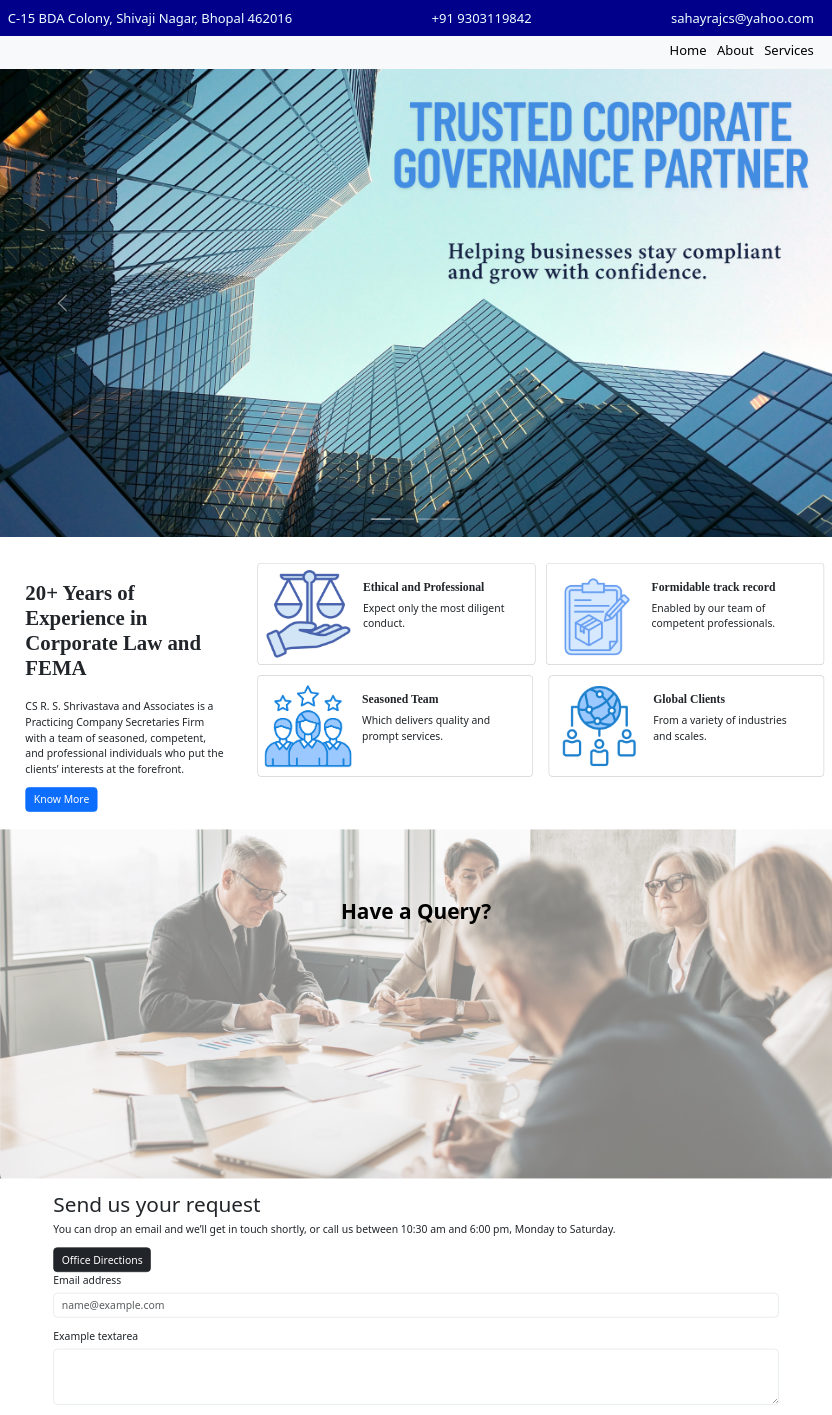
Repository: aayushiss/CS-RSS
Page: index.html
The author's editor kept a copy of each file at every save. The page is drawn from the files as they stood at one save, then again after the next save.
The browser window is 1280 px wide. The pictures show the whole page, at 65% of full size.

Above is the page before, as saved 2025-05-15 19:04:16.

### index.html
<!DOCTYPE html>
<html lang="en">

<head>
  <meta charset="UTF-8">
  <meta name="viewport" content="width=device-width, initial-scale=1.0">
  <title>R. S. Shrivastava</title>
  <link href="https://cdn.jsdelivr.net/npm/bootstrap@5.3.3/dist/css/bootstrap.min.css" rel="stylesheet"
    integrity="sha384-QWTKZyjpPEjISv5WaRU9OFeRpok6YctnYmDr5pNlyT2bRjXh0JMhjY6hW+ALEwIH" crossorigin="anonymous">
  <link rel="stylesheet" type="text/css" href="style.css">
</head>

<body>
  <nav class="navbar fixed-top custom-navbar">
    <div class="container-fluid d-flex justify-content-between">
      <a class="navbar-brand"
        href="https://www.google.com/maps/place/R+S+SHRIVASTAVA+%26+ASSOCIATES/@23.2288499,77.4244091,17z/data=!3m1!4b1!4m6!3m5!1s0x397c425fada83073:0xcb1e8ba90a487f4e!8m2!3d23.228845!4d77.426984!16s%2Fg%2F1td0r8v9?entry=ttu&g_ep=EgoyMDI1MDUxMi4wIKXMDSoASAFQAw%3D%3D"
        target="_blank">C-15 BDA Colony, Shivaji Nagar, Bhopal 462016</a>
      <a class="navbar-brand" href="" tel:+919303119842"">+91 9303119842</a>
      <a class="navbar-brand" href="mailto:sahayrajcs@yahoo.com">sahayrajcs@yahoo.com</a>
    </div>
  </nav>
  <div class="navbar-space"></div>

  <nav class="navbar sticky-top second-navbar bg-light">
    <div class="container-fluid d-flex justify-content-end">
      <a class="navbar-brand" href="#">Home</a>
      <a class="navbar-brand" href="about.html">About</a>
      <a class="navbar-brand" href="#">Services</a>
    </div>
  </nav>

  <!-- <div class="card text-bg-dark custom-card">
        <img src="images/haveAQuery.avif" class="card-img" alt="...">
        <div class="card-img-overlay">
          <h5 class="card-title">Have a Query?</h5>
          <p class="card-text">This is a wider card with supporting text below as a natural lead-in to additional content. This content is a little bit longer.</p>
          <p class="card-text"><small>Last updated 3 mins ago</small></p>
        </div>
      </div> -->

  <div id="carouselExampleCaptions" class="carousel slide">
    <div class="carousel-indicators">
      <button type="button" data-bs-target="#carouselExampleCaptions" data-bs-slide-to="0" class="active"
        aria-current="true" aria-label="Slide 1"></button>
      <button type="button" data-bs-target="#carouselExampleCaptions" data-bs-slide-to="1"
        aria-label="Slide 2"></button>
      <button type="button" data-bs-target="#carouselExampleCaptions" data-bs-slide-to="2"
        aria-label="Slide 3"></button>
      <button type="button" data-bs-target="#carouselExampleCaptions" data-bs-slide-to="3"
        aria-label="Slide 4"></button>
    </div>
    <div class="carousel-inner">
      <div class="carousel-item active">
        <img src="images/Trusted corporate governance partner.png" class="d-block w-100" alt="...">
        <div class="carousel-caption d-none d-md-block">
          <!-- <h5>First slide label</h5>
              <p>Some representative placeholder content for the first slide.</p> -->
        </div>
      </div>
      <div class="carousel-item">
        <img src="images/LegalConsultancy.png" class="d-block w-100" alt="...">
      </div>
      <div class="carousel-item">
        <img src="images/companyIncorporation.png" class="d-block w-100" alt="...">
      </div>
      <div class="carousel-item">
        <img src="images/annualFilingReturn.png" class="d-block w-100" alt="...">
      </div>
    </div>
    <button class="carousel-control-prev" type="button" data-bs-target="#carouselExampleCaptions" data-bs-slide="prev">
      <span class="carousel-control-prev-icon" aria-hidden="true"></span>
      <span class="visually-hidden">Previous</span>
    </button>
    <button class="carousel-control-next" type="button" data-bs-target="#carouselExampleCaptions" data-bs-slide="next">
      <span class="carousel-control-next-icon" aria-hidden="true"></span>
      <span class="visually-hidden">Next</span>
    </button>
  </div>
  <div class="container-fluid" style="margin-top: 40px;">

    <div class="row">
      <div class="col-auto" style="width: 30vw;">
        <div class="card" style="border-color: white;">
          <div class="card-body">
            <h5 class="card-title">20+ Years of
              Experience in Corporate Law and FEMA</h5>
            <p class="card-text" style="padding-top: 20px">CS R. S. Shrivastava and Associates is a Practicing Company
              Secretaries Firm with a team of seasoned, competent, and professional individuals who put the clients’
              interests at the forefront.</p>
            <a href="about.html" class="btn btn-primary">Know More</a>
          </div>
        </div>
      </div>
      <div class="col">
        <div class="row row-cols-2 g-3">
          <div class="col">
            <div class="card mb-3">
              <div class="row g-0">
                <div class="col-md-4">
                  <img src="images/8629542.png" class="img-fluid rounded-start" alt="...">
                </div>
                <div class="col-md-8">
                  <div class="card-body">
                    <h5 class="card-title">Ethical and Professional</h5>
                    <p class="card-text">Expect only the most diligent conduct.</p>
                  </div>
                </div>
              </div>
            </div>
          </div>
          <div class="col">
            <div class="card mb-3">
              <div class="row g-0">
                <div class="col-md-4">
                  <img src="images/16919209.png" class="img-fluid rounded-start" alt="...">
                </div>
                <div class="col-md-8">
                  <div class="card-body">
                    <h5 class="card-title">Formidable track record</h5>
                    <p class="card-text">Enabled by our team of competent professionals.</p>
                  </div>
                </div>
              </div>
            </div>
          </div>
        </div>
        <div class="row">
          <div class="col">
            <div class="card mb-3">
              <div class="row g-0">
                <div class="col-md-4">
                  <img src="images/images.png" class="img-fluid rounded-start" alt="...">
                </div>
                <div class="col-md-8">
                  <div class="card-body">
                    <h5 class="card-title">Seasoned Team
                    </h5>
                    <p class="card-text">Which delivers quality and prompt services.</p>
                  </div>
                </div>
              </div>
            </div>
          </div>
          <div class="col">
            <div class="card mb-3">
              <div class="row g-0">
                <div class="col-md-4">
                  <img src="images/11743537.png" class="img-fluid rounded-start" alt="...">
                </div>
                <div class="col-md-8">
                  <div class="card-body">
                    <h5 class="card-title">Global Clients
                    </h5>
                    <p class="card-text">From a variety of industries and scales.</p>
                  </div>
                </div>
              </div>
            </div>
          </div>
        </div>
      </div>
    </div>
  </div>

  <div class="position-relative text-center">
    <img src="images/haveAQuery.jpg" class="img-fluid" alt="..." style="opacity: .5;">
    <h2 class="position-absolute start-50 translate-middle-x text-black fw-bold" style="top: 20%;">
      Have a Query?
    </h2>
  </div>

  <div class="container-md" style="margin-top: 20px;">
    <div class="col">
      <h2>Send us your request</h2>
      <p>
        You can drop an email and we’ll get in touch shortly, or call us between 10:30 am and 6:00 pm, Monday to Saturday.
      </p>
      <div class="btn btn-dark">
        <a href="https://www.google.com/maps/place/R+S+SHRIVASTAVA+%26+ASSOCIATES/@23.2288499,77.4244091,17z/data=!3m1!4b1!4m6!3m5!1s0x397c425fada83073:0xcb1e8ba90a487f4e!8m2!3d23.228845!4d77.426984!16s%2Fg%2F1td0r8v9?entry=ttu&g_ep=EgoyMDI1MDUxMi4wIKXMDSoASAFQAw%3D%3D" style="color: white; text-decoration: none; padding-top: 20px;" target="_blank">Office Directions</a>
      </div>
    </div>
    <div class="col">
      <div class="mb-3">
        <label for="exampleFormControlInput1" class="form-label">Email address</label>
        <input type="email" class="form-control" id="exampleFormControlInput1" placeholder="name@example.com">
      </div>
      <div class="mb-3">
        <label for="exampleFormControlTextarea1" class="form-label">Example textarea</label>
        <textarea class="form-control" id="exampleFormControlTextarea1" rows="3"></textarea>
      </div>
    </div>

  </div>

  <script src="https://cdn.jsdelivr.net/npm/bootstrap@5.3.3/dist/js/bootstrap.bundle.min.js"
    integrity="sha384-YvpcrYf0tY3lHB60NNkmXc5s9fDVZLESaAA55NDzOxhy9GkcIdslK1eN7N6jIeHz"
    crossorigin="anonymous"></script>
</body>

</html>

### style.css
.custom-navbar {
    background-color: darkblue;
}

.custom-navbar .navbar-brand {
    color: azure;
}

.navbar-space {
    margin-top: 50px;
}

.second-navbar .navbar-brand{
    color: black;
}

.custom-card{
    height: 25vh;
}

.custom-card .card-img{
    height: 100%;
    object-fit: cover;
}

.container-fluid .card{
    padding: 10px;
}
.container-fluid .card-title{
font-family: 'Times New Roman', Times, serif;
font-weight: bold;
font-size: xx-large;
}

.container-fluid .col-md-8 .card-title{
font-family: 'Times New Roman', Times, serif;
font-size: large;
}

After the next save:
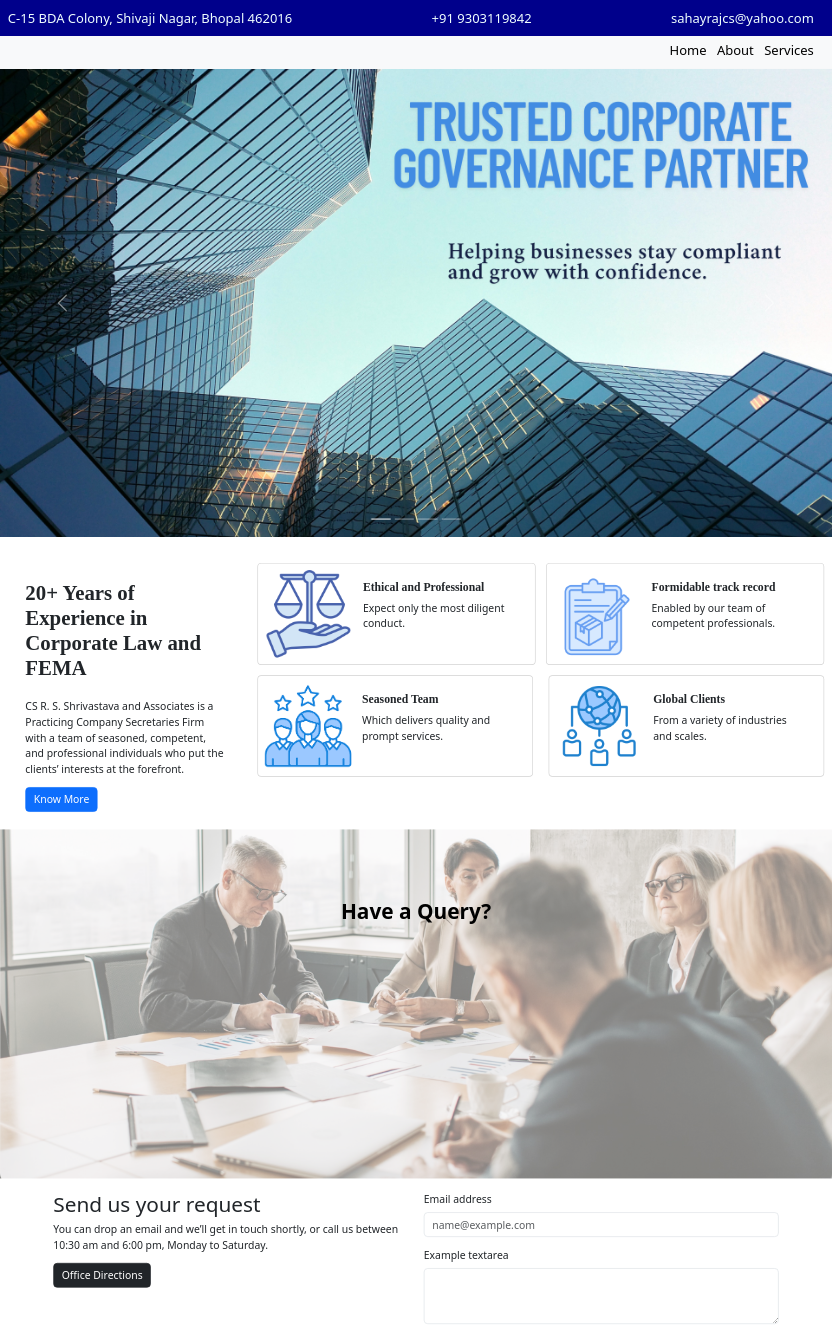
Saved 44 s later.
--- a/index.html
+++ b/index.html
@@ -171,26 +171,29 @@
   </div>
 
   <div class="container-md" style="margin-top: 20px;">
-    <div class="col">
-      <h2>Send us your request</h2>
-      <p>
-        You can drop an email and we’ll get in touch shortly, or call us between 10:30 am and 6:00 pm, Monday to Saturday.
-      </p>
-      <div class="btn btn-dark">
-        <a href="https://www.google.com/maps/place/R+S+SHRIVASTAVA+%26+ASSOCIATES/@23.2288499,77.4244091,17z/data=!3m1!4b1!4m6!3m5!1s0x397c425fada83073:0xcb1e8ba90a487f4e!8m2!3d23.228845!4d77.426984!16s%2Fg%2F1td0r8v9?entry=ttu&g_ep=EgoyMDI1MDUxMi4wIKXMDSoASAFQAw%3D%3D" style="color: white; text-decoration: none; padding-top: 20px;" target="_blank">Office Directions</a>
-      </div>
-    </div>
-    <div class="col">
-      <div class="mb-3">
-        <label for="exampleFormControlInput1" class="form-label">Email address</label>
-        <input type="email" class="form-control" id="exampleFormControlInput1" placeholder="name@example.com">
-      </div>
-      <div class="mb-3">
-        <label for="exampleFormControlTextarea1" class="form-label">Example textarea</label>
-        <textarea class="form-control" id="exampleFormControlTextarea1" rows="3"></textarea>
-      </div>
-    </div>
-
+    <div class="row">
+      <div class="col">
+        <h2>Send us your request</h2>
+        <p>
+          You can drop an email and we’ll get in touch shortly, or call us between 10:30 am and 6:00 pm, Monday to
+          Saturday.
+        </p>
+        <div class="btn btn-dark">
+          <a href="https://www.google.com/maps/place/R+S+SHRIVASTAVA+%26+ASSOCIATES/@23.2288499,77.4244091,17z/data=!3m1!4b1!4m6!3m5!1s0x397c425fada83073:0xcb1e8ba90a487f4e!8m2!3d23.228845!4d77.426984!16s%2Fg%2F1td0r8v9?entry=ttu&g_ep=EgoyMDI1MDUxMi4wIKXMDSoASAFQAw%3D%3D"
+            style="color: white; text-decoration: none; padding-top: 20px;" target="_blank">Office Directions</a>
+        </div>
+      </div>
+      <div class="col">
+        <div class="mb-3">
+          <label for="exampleFormControlInput1" class="form-label">Email address</label>
+          <input type="email" class="form-control" id="exampleFormControlInput1" placeholder="name@example.com">
+        </div>
+        <div class="mb-3">
+          <label for="exampleFormControlTextarea1" class="form-label">Example textarea</label>
+          <textarea class="form-control" id="exampleFormControlTextarea1" rows="3"></textarea>
+        </div>
+      </div>
+    </div>
   </div>
 
   <script src="https://cdn.jsdelivr.net/npm/bootstrap@5.3.3/dist/js/bootstrap.bundle.min.js"
